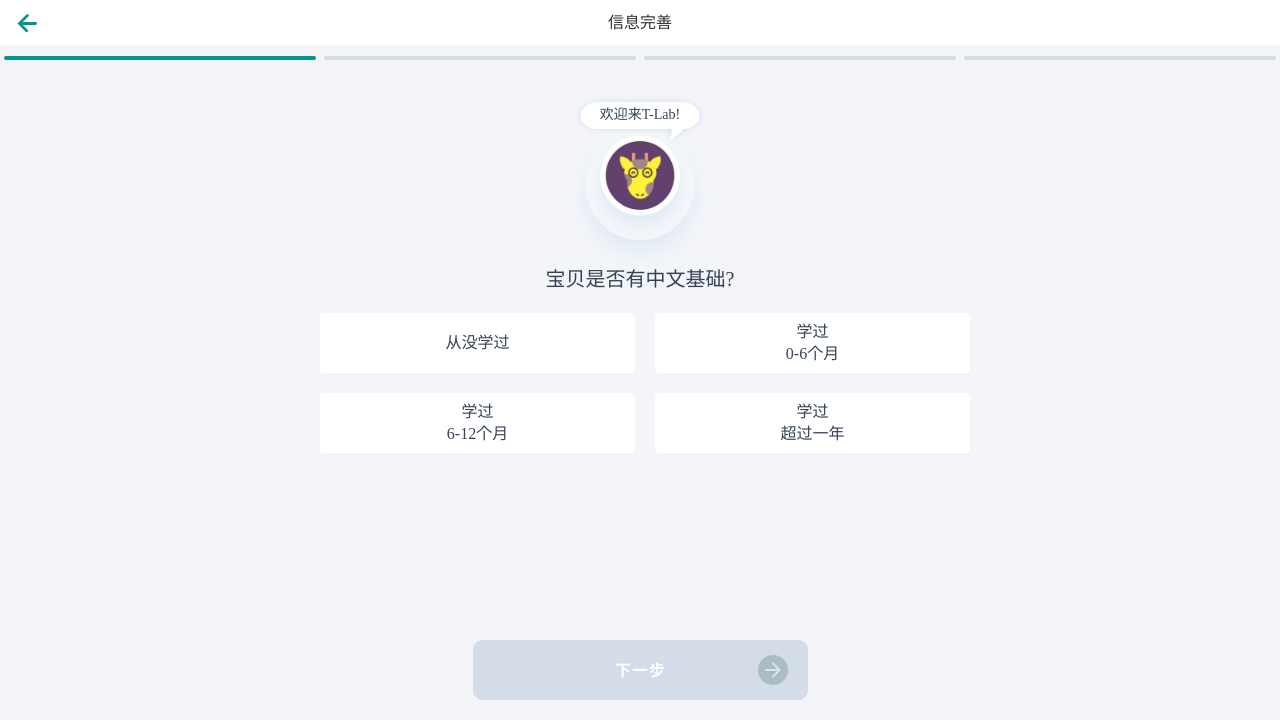
Repository: huangjf1/1
Page: /
These files come from the project's save history. The page is drawn as it stood at one moment and after the next save; the edit follows.
The browser window is 1280 px wide. The pictures show the whole page.
The project was rebuilt for these pictures with package versions that can differ from the ones it lists, and the page was loaded fresh each time. Also part of the build but not shown: vue.config.js.

Above is the page before, as saved 2021-08-24 12:26:59.

### src/main.js
import { createApp } from 'vue'
import { NavBar, Swipe, SwipeItem, Picker, Field, Popup } from 'vant';
import App from './App.vue'
import router from './router'
import less from 'less'
import "lib-flexible/flexible.js"
import 'vant/lib/index.css';
const app = createApp(App)
app.use(router)
app.use(less)
app.use(NavBar)
app.use(Swipe)
app.use(Picker)
app.use(Field)
app.use(SwipeItem)
app.use(Popup)
app.mount('#app')

### src/App.vue
<template>
  <div id="app">
    <router-view></router-view>
  </div>
</template>

<script>
export default {
  name: 'App',
}
</script>
<style>
*{
  margin: 0;
  padding: 0;
  font-family: Montserrat,PingFang,Microsoft YaHei;
}
#app {
  width: 100%;
  height: 100%;
  position: absolute;
  left: 0;
  right: 0;
  top: 0;
  bottom: 0;
}
</style>

### src/router/index.js
import { createRouter, createWebHashHistory } from 'vue-router'
const router = createRouter({
  history: createWebHashHistory(),
  routes: [
    {
      path: '/',
      name: '/',
      redirect: '/index'
    },
    {
    path: '/index',
    name: 'index',
    component: () => import('@/views/index.vue'),
    meta: {
      index: 1
    }
  },]
})
export default router

### src/views/index.vue

<template>
  <div class="content">
    <van-nav-bar title="信息完善" left-arrow @click-left="onClickLeft">
      <template #left>
        <img class="backIcon" src="@/assets/image/back.png" alt="">
      </template>
    </van-nav-bar>
    <div class="tabs">
      <div :class="initIndex>=0?'currentTab':''"></div>
      <div :class="initIndex>=1?'currentTab':''"></div>
      <div :class="initIndex>=2?'currentTab':''"></div>
      <div :class="initIndex>=3?'currentTab':''"></div>
      <!-- <div :class="initIndex==4?'currentTab':''"></div> -->
    </div>
    <div class="my-swipe">
      <van-swipe ref="swipe"  indicator-color="transparent" :touchable="false">
        <!-- 是否有中文基础 -->
        <van-swipe-item class="pageFour">
          <div class="select-chines">
            <div class="message-info">欢迎来T-Lab!</div>
            <img class="avatar" src="@/assets/image/avatar.png">
            <p>宝贝是否有中文基础?</p>
            <div class="select-list-box">
              <div @click="selectChines!=0?selectChines=0:selectChines=null" class="select-list" :class="selectChines==0?'current-select-list':''">
                从没学过
              </div>
              <div @click="selectChines!=1?selectChines=1:selectChines=null" class="select-list" :class="selectChines==1?'current-select-list':''">
                <p>学过</p>
                <p>0-6个月</p>
              </div>
              <div @click="selectChines!=2?selectChines=2:selectChines=null" class="select-list" :class="selectChines==2?'current-select-list':''">
                <p>学过</p>
                <p>6-12个月</p>
              </div>
              <div @click="selectChines!=3?selectChines=3:selectChines=null" class="select-list" :class="selectChines==3?'current-select-list':''">
                <p>学过</p>
                <p>超过一年</p>
              </div>
            </div>
          </div>
          <div class="btn" @click="next(1)" v-show="selectChines!=null"></div>
          <div class="btn-gray" v-show="selectChines==null"></div>
        </van-swipe-item>
        <!-- 学习中文的侧重点 -->
        <van-swipe-item class="pageFour">
          <div class="select-chines">
            <img class="avatar" src="@/assets/image/avatar.png">
            <p>宝贝学习中文的侧重点? (可多选)</p>
            <div class="select-list-box">
              <div class="select-list" @click="selectList(item, index)" :class="item.check==true?'current-select-list':''" v-for="(item, index) in list" :key="index">
                {{item.text}}
              </div>
            </div>
          </div>
          <div class="btn" @click="next(2)" v-show="list.some(item => item.check === true)"></div>
          <div class="btn-gray" v-show="!list.some(item => item.check === true)"></div>
        </van-swipe-item>
        <!-- 选择出生年月 -->
        <van-swipe-item class="pageThree">
          <div class="select-age">
            <img class="avatar" src="@/assets/image/avatar.png">
            <p>宝贝哪年出生?</p>
            <van-field
              v-model="result"
              is-link
              readonly
              placeholder="请选择"
              @click="showPicker = true"
              arrow-direction='down'
              input-align='center'
              :border='false'
            />
            <div class="age-desc">我们会根据孩子不同的年龄推荐相应的体验课程</div>

          </div>
          <div class="btn" @click="next(3)" v-show="result"></div>
          <div class="btn-gray" v-show="!result"></div>
        </van-swipe-item>
        <!-- 输入昵称 -->
        <van-swipe-item class="pageOne">
          <div class="pageOneDesc">
            <img class="avatar" src="@/assets/image/avatar.png">
            <div class="nameDesc">点击输入宝贝昵称</div>
            <input @input="changeText" v-model="name" type="text" placeholder="请输入">
            <div class="message" :class="firstShow?'messageColor':''">最多14个英文字符或7个汉字</div>
          </div>
          <div class="btn btn-success" v-show="!firstShow"></div>
          <div class="btn-gray" v-show="firstShow"></div>
        </van-swipe-item>
        <!-- 选择性别 -->
        <!-- <van-swipe-item class="pageTwo">
          <div class="selectSex">
            <div class="man" @click="selectSex!=1?selectSex=1:selectSex=''">
              <img class="manImg" src="@/assets/image/man.png">
              <img class="checkImg" v-show="selectSex==1" src="@/assets/image/checked.png">
            </div>
            <div class="andText">或</div>
            <div class="woman" @click="selectSex!=2?selectSex=2:selectSex=''">
              <img class="womanImg" src="@/assets/image/woman.png">
              <img class="checkImg" v-show="selectSex==2" src="@/assets/image/checked.png">
            </div>
          </div>
          <div class="btn" @click="next(2)" v-show="selectSex!=''"></div>
          <div class="btn-gray" v-show="selectSex==''"></div>
        </van-swipe-item> -->
      </van-swipe>
    </div>
    <van-popup v-model:show="showPicker" round position="bottom">
      <van-picker
        show-toolbar
        :columns="columns"
        @cancel="showPicker = false"
        @confirm="onConfirm"
        confirm-button-text="确定"
        confirm-color='red'
      />
    </van-popup>
  </div>
</template>
<script>
import { ref, onMounted } from 'vue'
export default {
  components: {

  },
  setup () {
    let initIndex = ref(0)
    let name = ref('')
    let selectChines = ref(null)
    let swipe = ref('')
    let firstShow = ref(true)
    let selectSex = ref('')
    let date = new Date()
    let year = date.getFullYear()
    console.log(year)
    const columns = []
    for (var i = 2000;i<=year;i++){
      columns.unshift({
        text: i
      })
    }
    // 侧重点列表
    const list = ref([
      { text: '拼音', check: false },
      { text: '听力', check: false },
      { text: '阅读', check: false },
      { text: '口语', check: false}
    ])
    const result = ref('');
    const showPicker = ref(false);
    const onConfirm = (value) => {
      result.value = value.text;
      showPicker.value = false;
    };
    // 返回
    const onClickLeft = () => {
      if (initIndex.value>0){
        swipe.value.prev()
        initIndex.value -= 1
      }
    }
    const selectList = (item) => {
      item.check = !item.check
    }
    const changeText = () => {
      /*eslint-disable*/
      let len = name.value.replace(/[^\x00-\xFF]/g,'**').length
      if (len<=14 && len>0) {
        firstShow.value = false
      } else {
        firstShow.value = true
      }
    }
    const next = (index) => {
      if (initIndex.value<4){
        swipe.value.next()
        initIndex.value = index
      }
    }
    onMounted (()=>{

    })
    return {
      initIndex,
      swipe,
      firstShow,
      columns,
      result,
      showPicker,
      list,
      selectChines,
      name,
      changeText,
      selectSex,
      onClickLeft,
      onConfirm,
      selectList,
      next
    }
  }
}
</script>
<style scoped lang="less">
 .content {
   width: 100%;
   height: 100%;
   margin: 0 auto;
   display: flex;
   overflow-y: auto;
   flex-direction: column;
   background: #f3f5f9;
   .backIcon {
     width: 24px;
     height: 24px;
   }
   .my-swipe {
      flex: 1;
      .van-swipe {
       height: 100%;
      }
      .van-swipe-item {
       color: #fff;
       font-size: 20px;
       text-align: center;
      }
      /deep/.van-swipe__indicators {
        display: none;
      }
      .pageOne {
        position: relative;
        display: flex;
        flex-direction: column;
        .pageOneDesc{
          flex: 1;
        }

        .nameDesc {
          text-align: center;
          color: #344356;
          font-size: 16px;
          font-weight: 600;
          font-family: PingFang HK;
          margin-top: 25px;
        }
        input {
          width: 335px;
          height: 16px;
          line-height: 16px;
          background: #FFFFFF;
          padding: 17px 0;
          border-radius: 10px;
          border: none;
          outline: none;
          font-size: 16px;
          text-align: center;
          margin-top: 19px;
          color: #344356;
        }
        .message {
          color: #344356;
          font-size: 14px;
          margin-top: 10px;
          &.messageColor {
            color: #FF7044;
          }
        }

      }
      .pageTwo {
        position: relative;
        display: flex;
        flex-direction: column;
        .selectSex {
          width: 140px;
          height: 340px;
          margin: 100px auto 0;
          flex: 1;
          .man,.woman {
            width: 140px;
            height: 140px;
            background: #FFFFFF;
            position: relative;
            cursor: pointer;
            .manImg{
              width: 56px;
              height: 59px;
              position: absolute;
              left: 0;
              top: 0;
              bottom: 0;
              right: 0;
              margin: auto;
            }
            .womanImg {
              width: 62px;
              height: 58px;
              position: absolute;
              left: 0;
              top: 0;
              bottom: 0;
              right: 0;
              margin: auto;
            }
            .checkImg {
              width: 22px;
              height: 22px;
              position: absolute;
              right: 5px;
              top: 5px;
            }
          }
          .andText {
            height: 60px;
            line-height: 60px;
            color: #344356;
            text-align: center;
            font-size: 16px;
          }
        }
      }
      .pageThree {
        display: flex;
        flex-direction: column;
        .select-age {
          width: 335px;
          flex: 1;
          margin: 0 auto;
          >p{
            color: #344356;
            font-size: 20px;
            margin-top: 20px;
            font-family: PingFang HK;
            font-style: normal;
            font-weight: 500;
            margin-bottom: 25px;
          }
          .age-desc {
            color: #5a6776;
            font-family: PingFang HK;
            font-style: normal;
            font-weight: normal;
            font-size: 14px;
            line-height: 20px;
            margin-top: 20px;
          }
          .van-field {
            border-radius: 5px;
          }
          /deep/ .van-popup--bottom {
            width: 375px;
            left: 0;
            right: 0;
            margin: auto;
            bottom: 0;
          }
          /deep/ .van-picker__toolbar {
            color: gray;
          }
          /deep/ .van-picker__confirm {
            color: #344356
          }
        }
      }
      .pageFour {
        margin: 0 auto;
        display: flex;
        flex-direction: column;
        .select-chines {
          flex: 1;
          width: 100%;
          min-width: 375px;
          max-width: 670px;
          margin: 0 auto;
          position: relative;
          .message-info {
            width: 136px;
            height: 52px;
            position: absolute;
            background: url('~@/assets/image/Union.png') no-repeat;
            background-size: 100% 100%;
            left: 0;
            right: 0;
            margin: auto;
            top: 35px;
            font-family: PingFang HK;
            font-style: normal;
            font-weight: 500;
            font-size: 14px;
            line-height: 40px;
            color: #344356;
          }
          >p {
            font-family: PingFang HK;
            font-style: normal;
            font-weight: 500;
            font-size: 20px;
            line-height: 28px;
            color: #344356;
            margin-top: 20px;
          }
          .select-list-box {
            display: flex;
            flex-wrap: wrap;
            justify-content: space-around;
          }
          .select-list {
            width: calc(50% - 20px);
            height: 60px;
            display: flex;
            margin-left: 10px;
            flex-direction: column;
            align-items: center;
            background: white;
            font-family: PingFang HK;
            font-style: normal;
            font-weight: 500;
            font-size: 16px;
            line-height: 22px;
            display: flex;
            justify-content: center;
            text-align: center;
            color: #344356;
            border-radius: 4px;
            margin-top: 20px;
            &.current-select-list {
              background: #088384;
              color: white;
            }
          }
        }
      }
      .avatar {
        width: 110px;
        height: 110px;
        border-radius: 50%;
        box-shadow: 0px 12px 19px rgba(60, 128, 209, 0.0851449);
        margin-top: 70px;
      }
      .btn {
        width: 335px;
        height: 60px;
        background: url('../assets/image/button.png') no-repeat;
        background-size: 100% 100%;
        cursor: pointer;
        margin: 20px auto 20px;
      }
      .btn-success {
        background: url('../assets/image/success.png') no-repeat;
        background-size: 100% 100%;
      }
      .btn-gray {
        width: 335px;
        height: 60px;
        background: url('../assets/image/button_gray.png') no-repeat;
        background-size: 100% 100%;
        cursor: pointer;
        margin: 20px auto 20px;
      }
   }
   .tabs {
     width: 100%;
     height: 4px;
     display: flex;
     justify-content: space-around;
     margin: 10px auto 0;
     div{
       height: 4px;
       flex: 1;
       background: #D4DCE7;
       border-radius: 26px;
       margin: 0 4px;
     }
     .currentTab {
       background: #00968E;
     }
   }
 }

</style>

Loaded but not shown: public/index.html (common file)

After the next save:
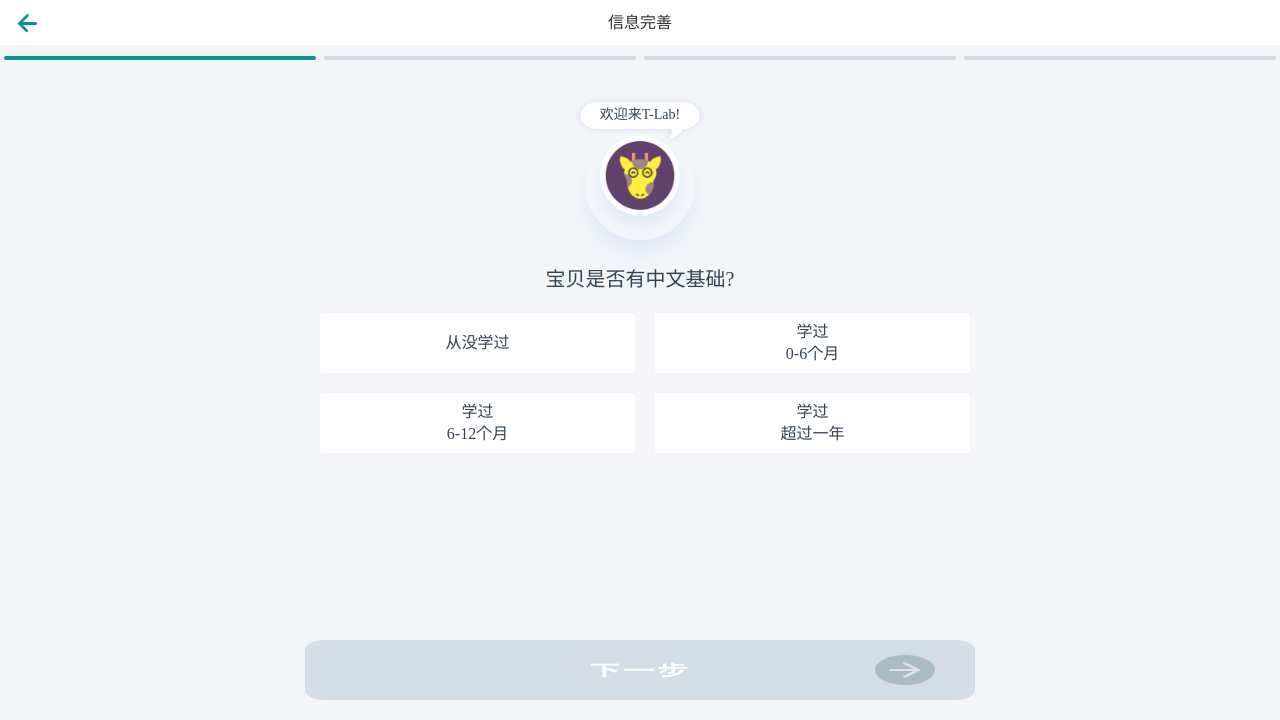
Saved 22 s later.
--- a/src/views/index.vue
+++ b/src/views/index.vue
@@ -438,7 +438,9 @@ export default {
         margin-top: 70px;
       }
       .btn {
-        width: 335px;
+        width: 100%;
+        min-width: 375px;
+        max-width: 670px;
         height: 60px;
         background: url('../assets/image/button.png') no-repeat;
         background-size: 100% 100%;
@@ -450,7 +452,9 @@ export default {
         background-size: 100% 100%;
       }
       .btn-gray {
-        width: 335px;
+        width: 100%;
+        min-width: 375px;
+        max-width: 670px;
         height: 60px;
         background: url('../assets/image/button_gray.png') no-repeat;
         background-size: 100% 100%;
